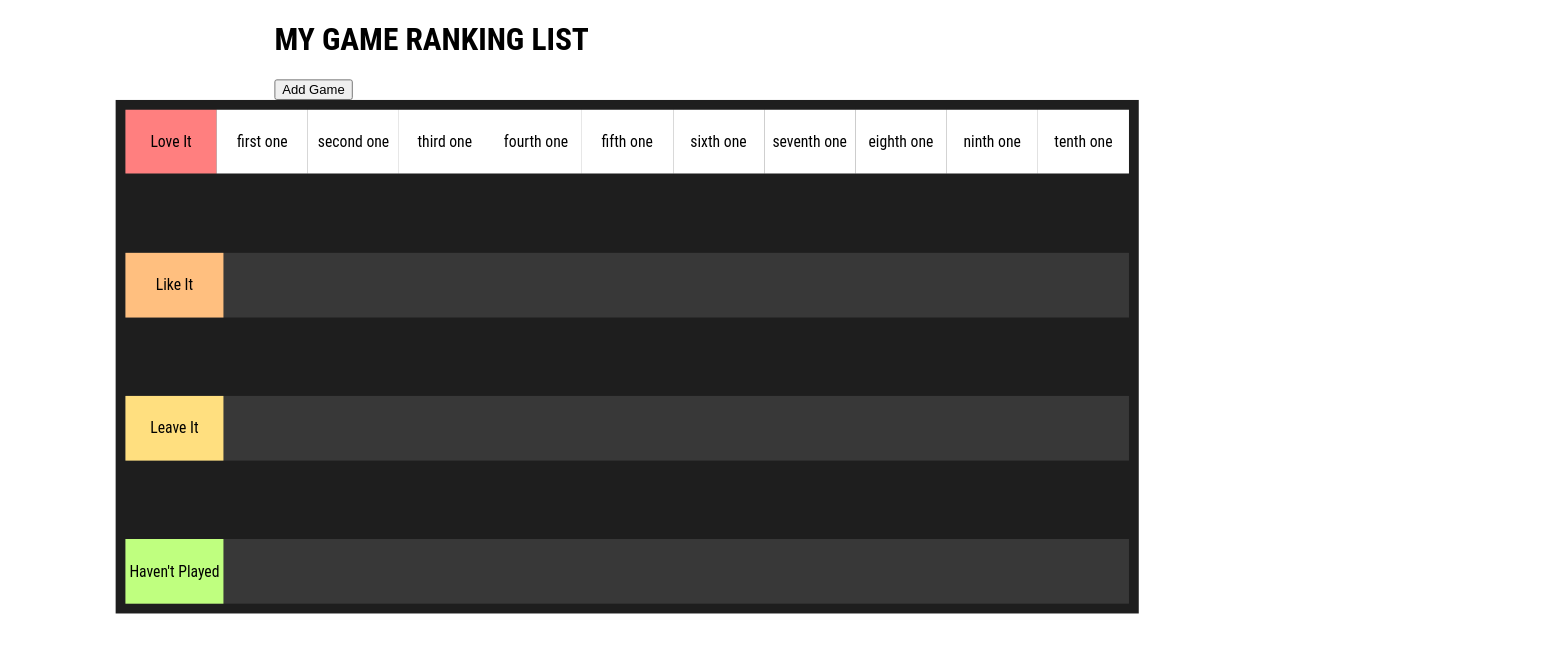
Repository: akiachenise/akiachenise.github.io
Page: JackboxGames_TierList_vanilla/index.html
These files come from the project's save history. The page is drawn as it stood at one moment and after the next save; the edit follows.
The browser window is 1280 px wide. The page is 1560 px wide, then 1600 px, so the pictures cover 1600 px, including what lies to the right of the window. The pictures show the whole page, at 98% of full size.

Above is the page before, as saved 2022-11-26 16:49:49.

### JackboxGames_TierList_vanilla/index.html
<!DOCTYPE html>
<!--[if lt IE 7]>      <html class="no-js lt-ie9 lt-ie8 lt-ie7"> <![endif]-->
<!--[if IE 7]>         <html class="no-js lt-ie9 lt-ie8"> <![endif]-->
<!--[if IE 8]>         <html class="no-js lt-ie9"> <![endif]-->
<!--[if gt IE 8]>      <html class="no-js"> <!--<![endif]-->
<html lang="en-US">
  <head>
    <meta charset="utf-8" />
    <meta http-equiv="X-UA-Compatible" content="IE=edge" />
    <title>My Game Ranking List</title>
    <meta name="description" content="My Game Ranking" />
    <meta name="viewport" content="width=device-width, initial-scale=1" />
    <link rel="stylesheet" type="text/css" href="css/stylesheet.css" />
    <link rel="stylesheet" href="https://fonts.googleapis.com/css2?family=Roboto&display=swap">
  </head>
  <body>
    <!--[if lt IE 7]>
      <p class="browsehappy">
        You are using an <strong>outdated</strong> browser. Please
        <a href="#">upgrade your browser</a> to improve your experience.
      </p>
    <![endif]-->
    <span class="headerContainer">
        <h1>My Game Ranking List</h1>
        <button id="addCard">Add Game</button>
    </span>
    <div id="board">
        <div class = "row">
            <div class = "label">Love It</div>
            <div class="card" id="first" draggable="true">first one</div>
            <div class="card" id="second" draggable="true">second one</div>
            <div class="card" id="third" draggable="true">third one</div>
            <div class="card" id="fourth" draggable="true">fourth one</div>
            <div class="card" id="fifth" draggable="true">fifth one</div>
            <div class="card" id="sixth" draggable="true">sixth one</div>
            <div class="card" id="seventh" draggable="true">seventh one</div>
            <div class="card" id="eighth" draggable="true">eighth one</div>
            <div class="card" id="ninth" draggable="true">ninth one</div>
            <div class="card" id="ninth" draggable="true">tenth one</div>

        </div>
        <div class = "row">
            <div class = "label">Like It</div>
        </div>
        <div class = "row">
            <div class = "label">Leave It</div>
        </div>
        <div class = "row">
            <div class = "label">Haven't Played</div>
        </div>

    </div>


    <script src="js/cards.js" async defer></script>
    <script src="js/rows.js" async defer></script>
  </body>
</html>

### JackboxGames_TierList_vanilla/css/stylesheet.css
body {
    font-family: 'Roboto Condensed', Sans-serif;
    margin: 0;
    display: flex;
    flex-direction: column;
    align-items: center;
    justify-content: center;
}

.headerContainer {
    display: block;
    width: 100vw;
    align-items: center;
    padding-left: 35rem;

}

h1 {
    text-transform: uppercase;

}
button .addCard {

}

#board {
    display: flex;
    flex-direction: column;
    align-items: center;
    justify-content: space-between;
    padding: 10px;
    width: 80vw;
    height: 70vh;
    background-color: rgb(30, 30, 30);
}

.row {
    display: flex;
    width: 100%;
    height: 13%;
    background-color: rgb(56, 56, 56);
}

.label {
    display: flex;
    justify-content: center;
    align-items: center;
    height: 100%;
    width: 100px;
    background-color: orange;
}

.card {
    height: 100%;
    width: 100px;
    display: flex;
    justify-content: center;
    align-items: center;
    background-color: white;
}

### JackboxGames_TierList_vanilla/js/cards.js
const cards = document.querySelectorAll('.card');

const onDragStart = (event) => {
    console.log('dragging the element');
    event.dataTransfer.setData('id', event.target.id);
    setTimeout(() => {
        event.target.style.visibility = 'hidden';
    }, 50)
}

const onDragEnd = (event) => {
    event.target.style.visibility = 'visible';
    console.log('ended the drag');
}

cards.forEach((card) => {
    card.ondragstart = onDragStart;
    card.ondragend = onDragEnd;


})

### JackboxGames_TierList_vanilla/js/rows.js
const rows = document.querySelectorAll('.row');
const colorRanks = ['rgb(255, 127, 127)', 'rgb(255, 191, 127)', 'rgb(255, 223, 127)' , 'rgb(191, 255, 127)'];

const onDragOver = (event) => {
    event.preventDefault();
}

const onDrop = (event) => {
   event.preventDefault();
   const draggedCardId = event.dataTransfer.getData('id');
   const draggedCard = document.getElementById(draggedCardId);
   event.target.appendChild(draggedCard);
   console.log('dropped the element');
}

rows.forEach((row, index) => {
    const label = row.querySelector('.label');
    label.style.backgroundColor = colorRanks[index];
    row.ondragover = onDragOver;
    row.ondrop = onDrop;
})

After the next save:
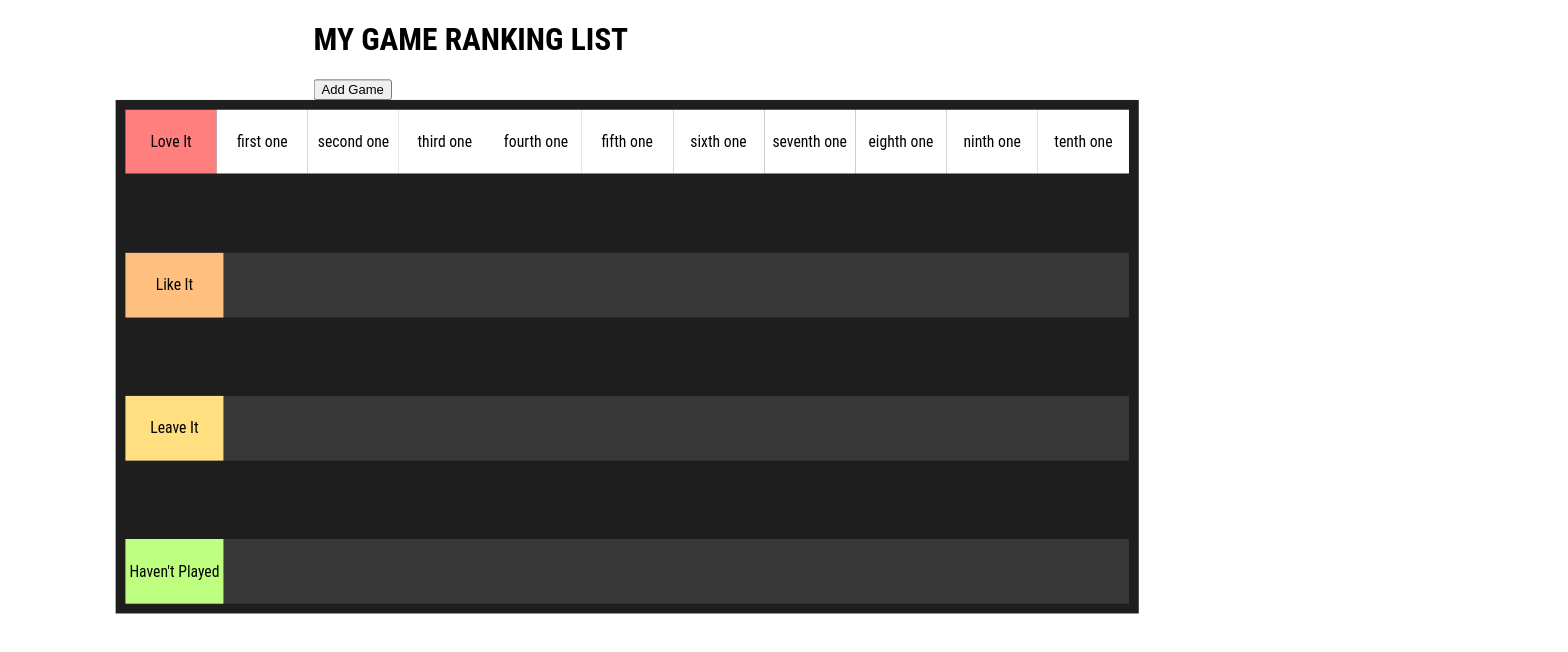
Saved 14 s later.
--- a/JackboxGames_TierList_vanilla/css/stylesheet.css
+++ b/JackboxGames_TierList_vanilla/css/stylesheet.css
@@ -11,7 +11,7 @@ body {
     display: block;
     width: 100vw;
     align-items: center;
-    padding-left: 35rem;
+    padding-left: 40rem;
 
 }
 
